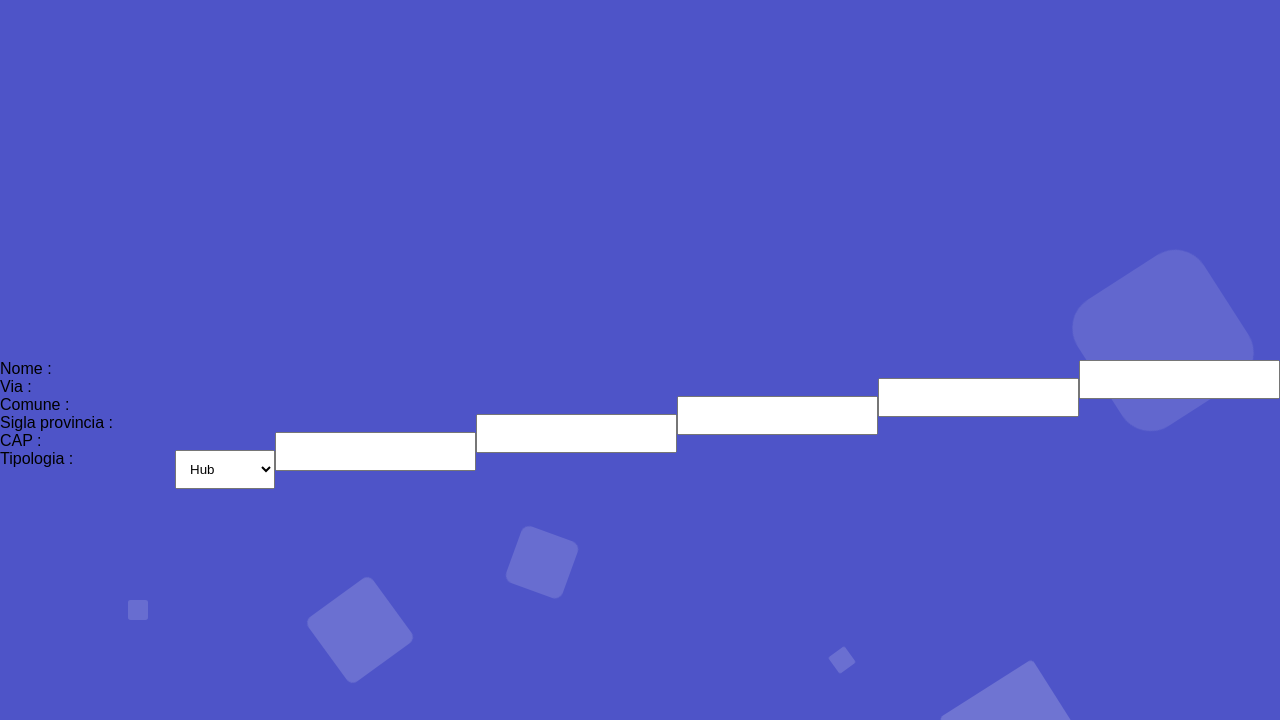
Repository: Jok98/CentriVaccinaliWebApp
Page: http://localhost/CentriVaccinaliOperatori/iscrizionecentrovax.jsp
An editor plug-in stored every save of this project. The page is shown before and after the next save, followed by the edit.
The browser window is 1280 px wide. The pictures show the whole page.
Some web fonts or font styles are not loaded; a fallback is used. The page is served by Tomcat 9.

Above is the page before, as saved 2022-09-24 15:46:04.

After the next save:
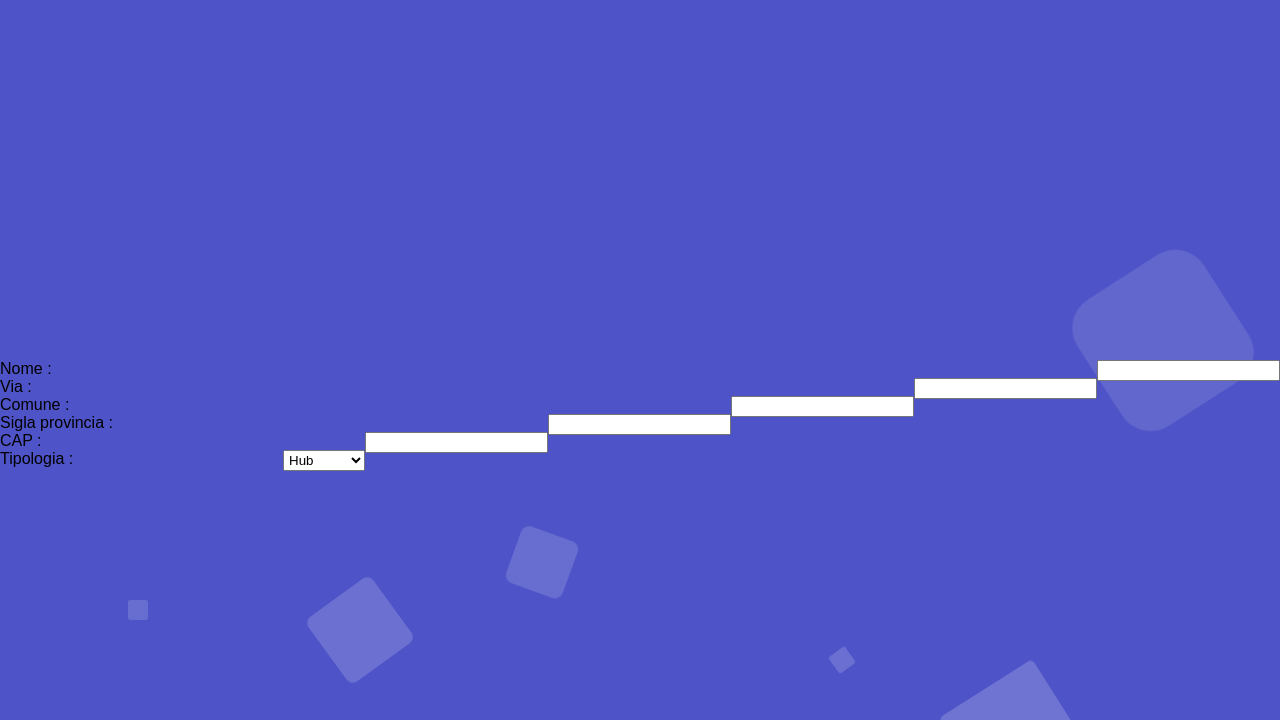
Saved 13 s later.
--- a/CentriVaccinaliOperatori/src/main/webapp/css/form.css
+++ b/CentriVaccinaliOperatori/src/main/webapp/css/form.css
@@ -27,6 +27,6 @@ background: #1ca4ff; }
 
 .input{
 	 float: right;
-	 padding: 10px;
+	 padding: 1px;
 
 }
